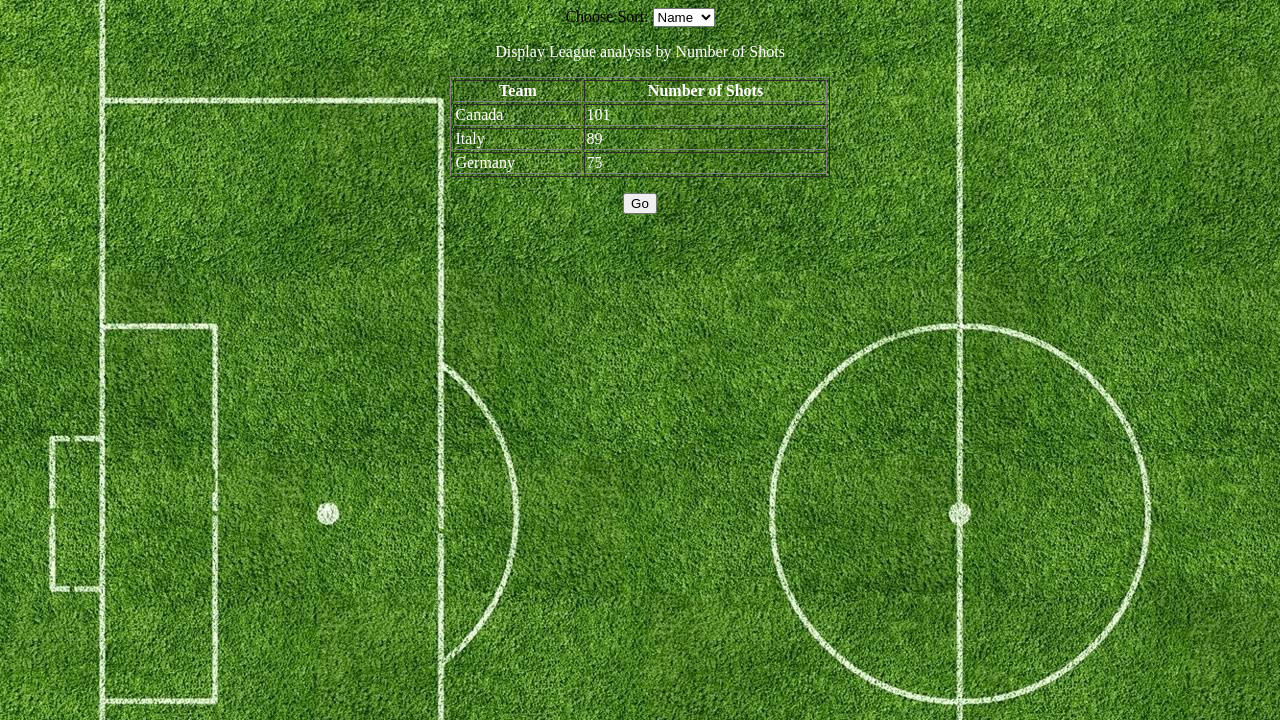
Repository: FredGlozman/SwiftScore
Page: SwiftScore/LeagueAnalysisMode.html
The author's editor kept a copy of each file at every save. The page is drawn from the files as they stood at one save, then again after the next save.
The browser window is 1280 px wide. The pictures show the whole page.

Above is the page before, as saved 2015-12-03 02:51:17.

After the next save:
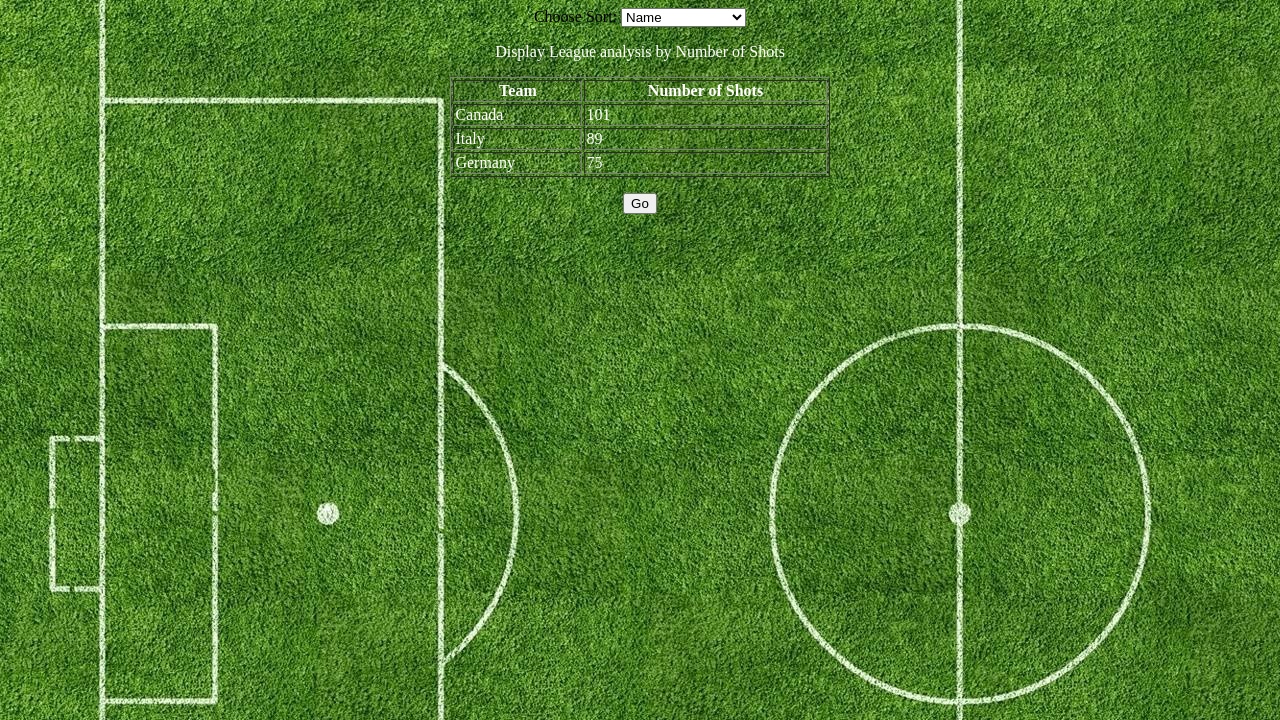
Saved 17 s later.
--- a/SwiftScore/LeagueAnalysisMode.html
+++ b/SwiftScore/LeagueAnalysisMode.html
@@ -13,7 +13,8 @@ Choose Sort:
 <select>
 	<option value="sort">Name</option>
 	<option value="sort">Jersey</option>
-	<option value="sort">Jersey</option>
+	<option value="sort">Shots</option>
+	<option value="sort">Successful Shots</option>
 </select>
 <br>
 		<p>
